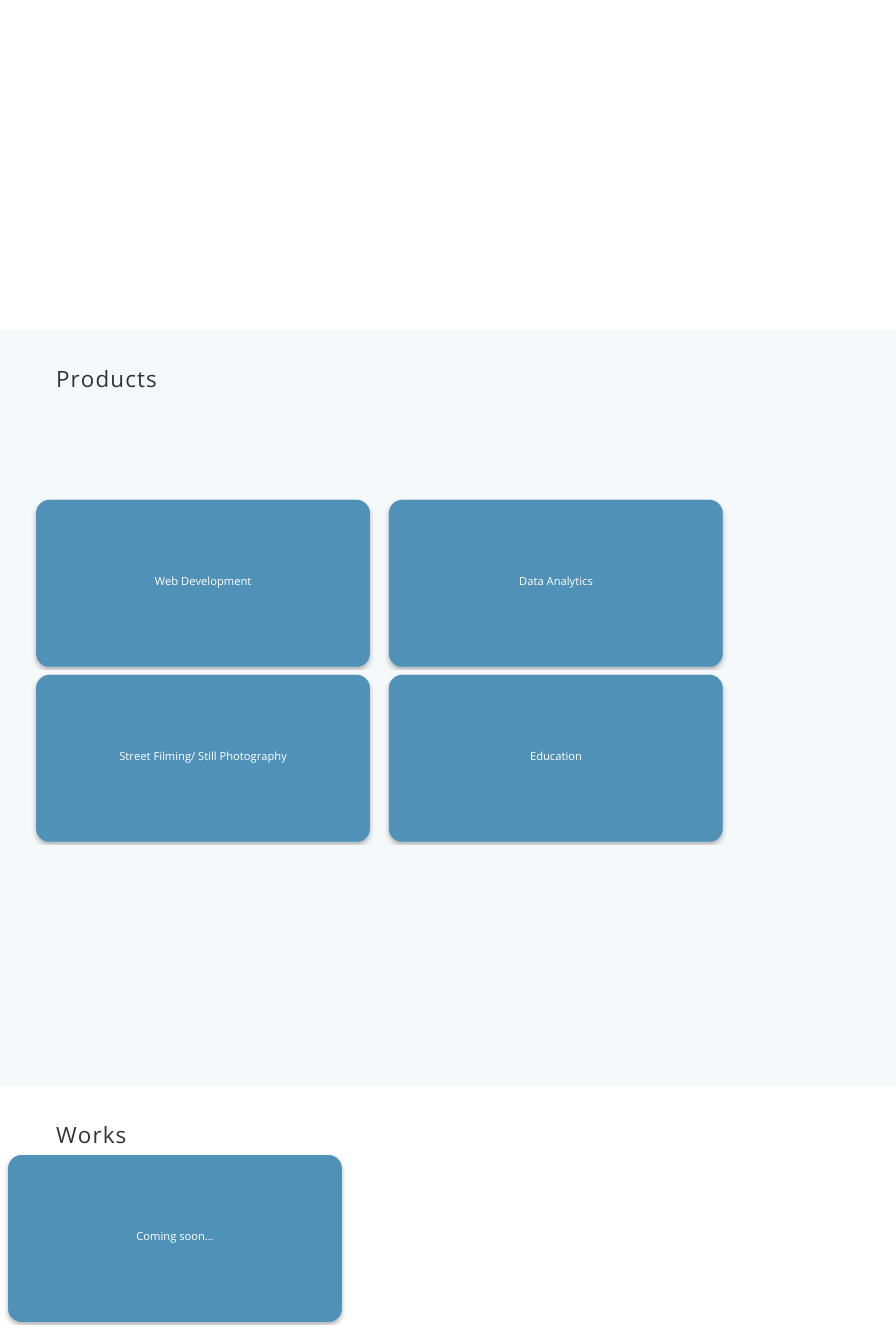
Repository: AirDepot/web
Page: index.html
An editor plug-in stored every save of this project. The page is shown before and after the next save, followed by the edit.
The browser window is 1280 px wide. The pictures show the part of the page from y = 1688 to 3608 px (the page is 6592 px tall), at 70% of full size.

Above is the page before, as saved 2020-02-11 23:59:50.

### index.html
<!DOCTYPE html>
<html lang="ja">
    <head>
        <meta charset="UTF-8">
        <link href="https://fonts.googleapis.com/css?family=Open+Sans:100,300,400,600" rel="stylesheet" type="text/css">
        <link href="http://code.ionicframework.com/ionicons/2.0.1/css/ionicons.min.css" rel="stylesheet" type="text/css">
        <link type="text/css" rel="stylesheet" href="./assets/css/common.css">
        <title>KustomApe</title>
        <meta name=”keywords” content="Python, Web, 映像, 教材, 開発">
        <meta name=”description” content=”Pythonを使ったプロダクト開発のKustomApe。車業界、ストリート映像を軸としたプロダクトDevelopmentユニット。Web開発、データクローリング、映像・写真、プログラミングの教材開発を行っています。”>
    </head>
    <body>
        <div id="wrap">
            <div id="home">
                <header id="header">
                    <h1 id="logo"><a href="#home"><img src="./assets/img/main_logo.svg" alt="KustomApe"></a></h1>
                    <nav id="nav">
                        <ul id="navigations">
                            <li><a href="#about">About</a></li>
                            <li><a href="#products">Products</a></li>
                            <li><a href="#works">Works</a></li>
                            <li><a href="#hackers">Developers</a></li>
                            <li><a href="#contact">Contact</a></li>
                        </ul>
                    </nav>
                </header>
                <div id="header_contents">
                    <p id="ape_icon"><img src="./assets/img/ape_icon.svg" alt="Apeのアイコン画像"></p>
                    <h2 id="concept">Verbalize, makes the best Product.</h2>
                </div>
            </div>
            <div id="about">
                <h3 class="section_titles">About</h3>
                <p id="about_kustomape">KustomApe(カスタムエイプ)はWebをはじめとする車業界、ストリート映像を軸としたDevelopmentユニットです。<br />
                好きを言語化して、プロダクトにすることを得意としています。<br />
                また、自分の生き方の選択肢を広げるため、プログラミング・英語・映像を軸とした教材開発も行っています。<br />
                部品輸入・アパレル輸入・アパレルデザインなども個人に特化した形で提供しております。<br />
                詳しくはProductsをご覧ください。</p>
            </div>
            <div id="products">
                <h3 class="section_titles">Products</h3>
                <section id="box_master">
                    <p class="box">Web Development</p>
                    <p class="box">Data Analytics</p>
                    <p class="box">Street Filming/ Still Photography</p>
                    <p class="box">Education</p>
                </section>
            </div>
            <div id="works">
                <h3 class="section_titles">Works</h3>
                <p class="box unlaunched">Coming soon...</p>
            </div>
            <div id="developers">
                <h3 class="section_titles">Developers</h3>

            </div>
            <div id="contact">
                <h3 class="section_titles">Contact</h3>

            </div>
            <footer id="footer">
                <small>Copyright &copy; 2020 KustomApe All Rights Reserved.</small>
            </footer>
        </div>
    </body>
</html>

### assets/css/common.css
/**********************************************
*** GENERAL
**********************************************/

* {
    margin: 0;
    padding: 0;
    box-sizing: border-box;
}

.clearfix::after {
    content: "";
    display: table;
    clear: both;
}

html {
    overflow: auto;
}

body {
    color: #333;
    font-family: Open Sans, Arial, Helvetica, sans-serif;
    overflow: hidden;
}

ul {
    list-style: none;
}

a {
    text-decoration: none;
}

div#wrap {
    width: 100%;
    margin-top: -3rem;
}

div#home {
    width: 100%;
    height: 1080px;
    background-image: url(../img/wrap_bg.svg);
    background-position: center top;
    background-repeat: no-repeat;
    background-size: cover;
}

header#header {
    width: 100%;
    height: 150px;
    margin-left: 5rem;
}

header#header h1#logo {
    width: 500px;
    margin-top: 3rem;
}

h1#logo img {
    margin-top: 3rem;
    width: 350px;
}

nav#nav {
    margin-top: -4rem;
}

nav#nav ul#navigations {
    display: flex;
    justify-content: center;
    align-items: center;
    list-style: none;
    margin-left: 43rem;
}

nav#nav ul#navigations li {
    padding-right: 3.5rem;
}

nav#nav ul#navigations li a {
    color: #fff;
}

div#header_contents {
    display: inline-flex;
    margin-left: 5rem;
    padding: 15rem 0;
}

div#header_contents h2#concept {
    padding: 4.5rem 1rem;
    letter-spacing: 0.1rem;
    font-weight: 100;
    font-size: 1.5rem;
}

div#header_contents p#ape_icon img {
    width: 200px;
}

h3.section_titles {
    font-size: 2rem;
    font-weight: 500;
    padding-top: 3rem;
    margin-left: 5rem;
    letter-spacing: 0.1rem;
}

div#about {
    width: 100%;
    height: 1080px;
}

div#about p#about_kustomape {
    padding-top: 9rem;
    margin-left: 5rem;
    font-size: 1rem;
    letter-spacing: 0.1rem;
    line-height: 5rem;
}

div#products {
    width: 100%;
    height: 1080px;
    background: #F5F9FA;
}

section#box_master {
    display: block;
    width: 1200px;
    margin: 0 auto;
    margin-top: 9rem;
}

p.box {
    display: inline-block;
    background-image: url(../img/box_bg.svg);
    background-position: center top;
    background-repeat: no-repeat;
    background-size: cover;
    width: 500px;
    height: 250px;
    color: #fff;
    text-align: center;
    padding: 7rem 0;

}

div#works {
    width: 100%;
    height: 1080px;
}

div#developers {
    width: 100%;
    height: 1080px;
    background: #F5F9FA;
}

div#contact {
    width: 100%;
    height: 1080px;
}

footer#footer {
    width: 100%;
    height: 7rem;
    background: #285E7F;
}

footer#footer small {
    display: block;
    text-align: center;
    color: #fff;
    padding: 3rem 0;
}

After the next save:
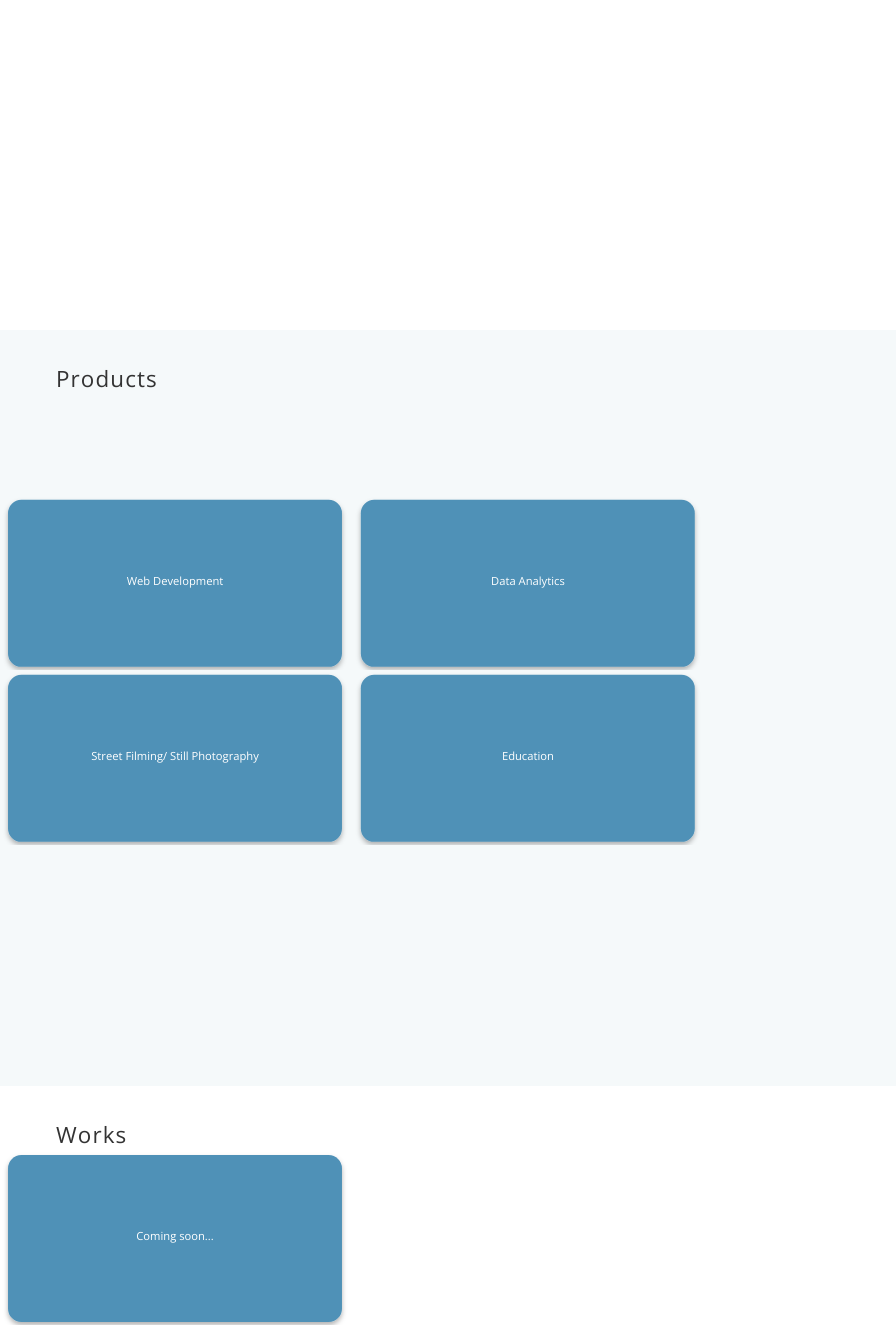
Saved 12 s later.
--- a/assets/css/common.css
+++ b/assets/css/common.css
@@ -128,7 +128,7 @@
 
 section#box_master {
     display: block;
-    width: 1200px;
+    width: 1500px;
     margin: 0 auto;
     margin-top: 9rem;
 }

After the save that followed:
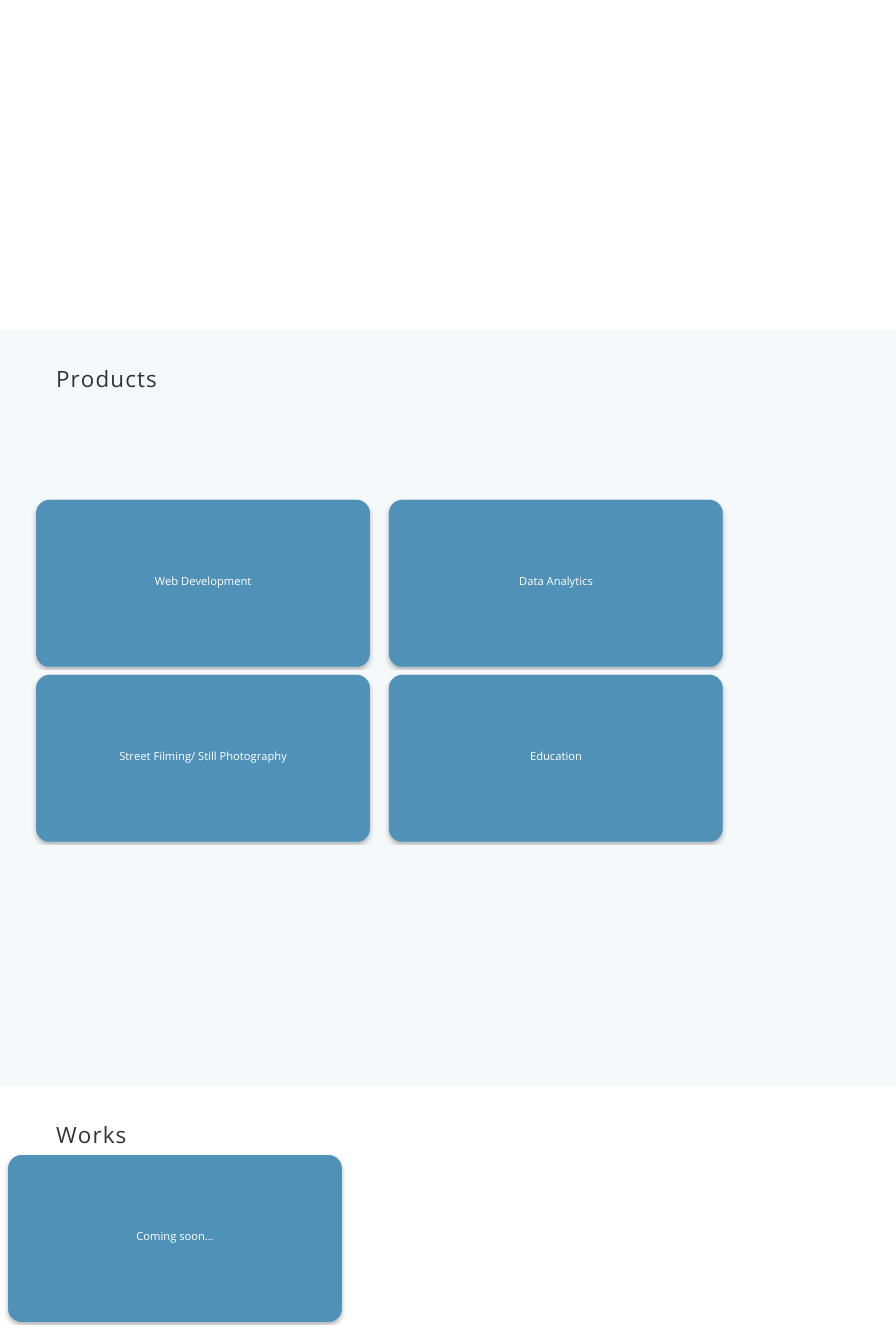
Saved 19 s later.
--- a/assets/css/common.css
+++ b/assets/css/common.css
@@ -128,7 +128,7 @@
 
 section#box_master {
     display: block;
-    width: 1500px;
+    width: 1200px;
     margin: 0 auto;
     margin-top: 9rem;
 }
